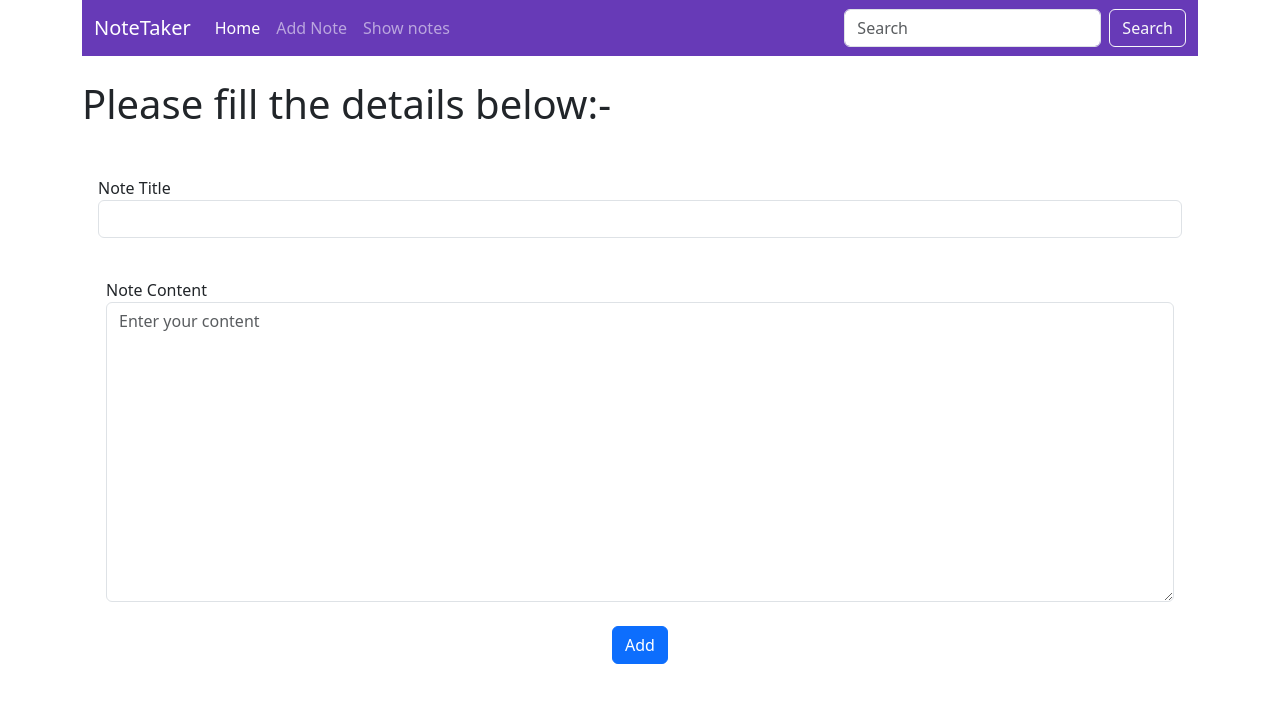
Repository: smritihbtu/Note-Maker
Page: http://localhost/NoteTaker/add_notes.jsp
An editor plug-in stored every save of this project. The page is shown before and after the next save, followed by the edit.
The browser window is 1280 px wide. The pictures show the whole page.
The page is served by Tomcat 9. Other server files are loaded and not shown.

Above is the page before, as saved 2023-08-20 07:50:17.

### NoteTaker/src/main/webapp/add_notes.jsp
<%@ page language="java" contentType="text/html; charset=ISO-8859-1"
    pageEncoding="ISO-8859-1"%>
<!DOCTYPE html>
<html>
<head>
<meta charset="ISO-8859-1">
<meta charset="utf-8">
    <meta name="viewport" content="width=device-width, initial-scale=1">
    <title>Bootstrap demo</title>
    <link rel="stylesheet" href="css/style.css" />
  <link href="https://cdn.jsdelivr.net/npm/bootstrap@5.3.1/dist/css/bootstrap.min.css" rel="stylesheet" integrity="sha384-4bw+/aepP/YC94hEpVNVgiZdgIC5+VKNBQNGCHeKRQN+PtmoHDEXuppvnDJzQIu9" crossorigin="anonymous">

<title>Insert title here</title>
</head>
<body>
<div class="container">
<%@include file="navbar.jsp" %>

<br>
<h1>Please fill the details below:-</h1>
<br>

<!-- form added  -->

<form action="SaveNoteServlet" method="post" >
  <div class="form-group p-3">
    <label for="title" >Note Title</label>
    <input required type="text" class="form-control" id="title" aria-describedby="emailHelp">

  </div>



  <div class="form-group p-3 m-2">
    <label for="content" >Note Content</label>
    <textarea required id="content" placeholder= "Enter your content"
    class="form-control " style = "height:300px;"></textarea>
  </div>
  <div class="container text-center">
  <button type="submit" class="btn btn-primary">Add</button>
  </div>
</form>
</div>
</body>
</html>

### NoteTaker/src/main/webapp/navbar.jsp
<nav class="navbar navbar-expand-lg navbar-dark purple">
  <div class="container-fluid">
    <a class="navbar-brand" href="#">NoteTaker</a>
    <button class="navbar-toggler" type="button" data-bs-toggle="collapse" data-bs-target="#navbarSupportedContent" aria-controls="navbarSupportedContent" aria-expanded="false" aria-label="Toggle navigation">
      <span class="navbar-toggler-icon"></span>
    </button>
    <div class="collapse navbar-collapse" id="navbarSupportedContent">
      <ul class="navbar-nav me-auto mb-2 mb-lg-0">
        <li class="nav-item">
          <a class="nav-link active" aria-current="page" href="index.jsp">Home</a>
        </li>
        <li class="nav-item">
          <a class="nav-link" href="add_notes.jsp">Add Note</a>
        </li>

        <li class="nav-item">
          <a class="nav-link " href="all_notes.jsp">Show notes</a>
        </li>
      </ul>
      <form class="d-flex" role="search">
        <input class="form-control me-2" type="search" placeholder="Search" aria-label="Search">
        <button class="btn btn-outline-light" type="submit">Search</button>
      </form>
    </div>
  </div>
</nav>
</html>

### NoteTaker/src/main/webapp/css/style.css
.purple{
	background :#673ab7;
}
/* .container{
	background-color: red;
} */

After the next save:
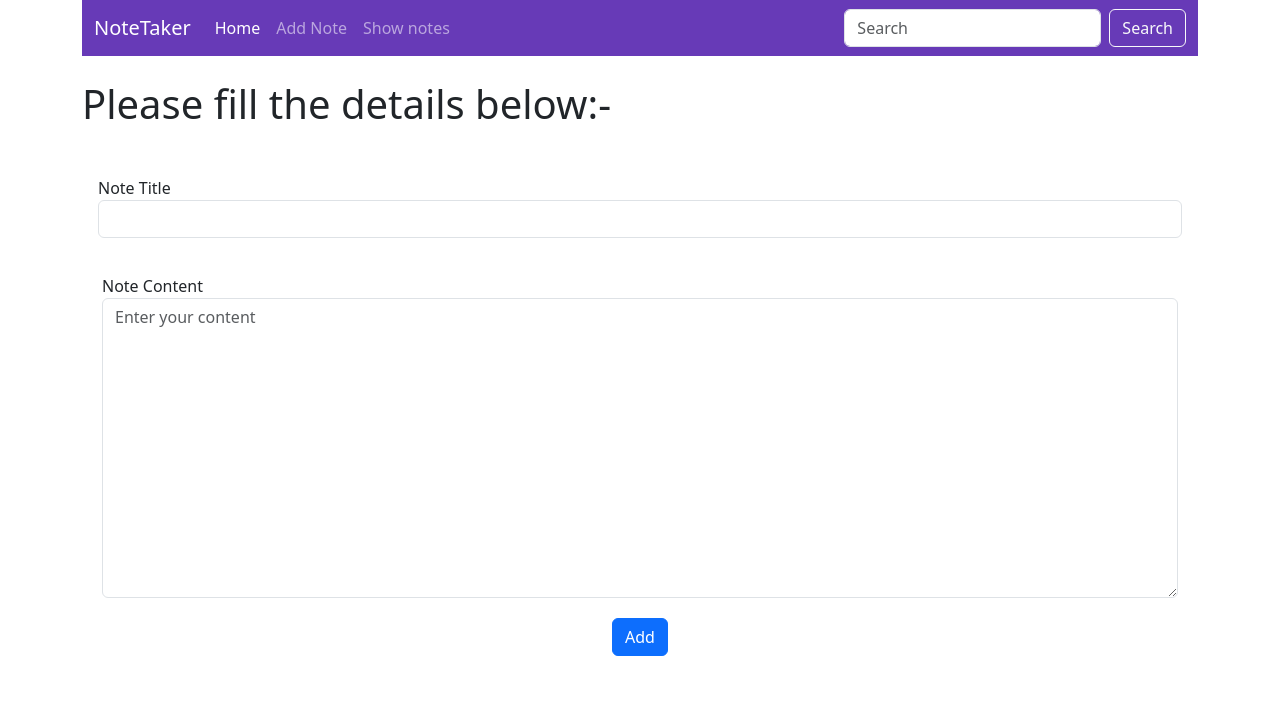
Saved 42 s later.
--- a/NoteTaker/src/main/webapp/add_notes.jsp
+++ b/NoteTaker/src/main/webapp/add_notes.jsp
@@ -31,7 +31,7 @@
 
 
 
-  <div class="form-group p-3 m-2">
+  <div class="form-group p-3 m-1">
     <label for="content" >Note Content</label>
     <textarea required id="content" placeholder= "Enter your content"
     class="form-control " style = "height:300px;"></textarea>
